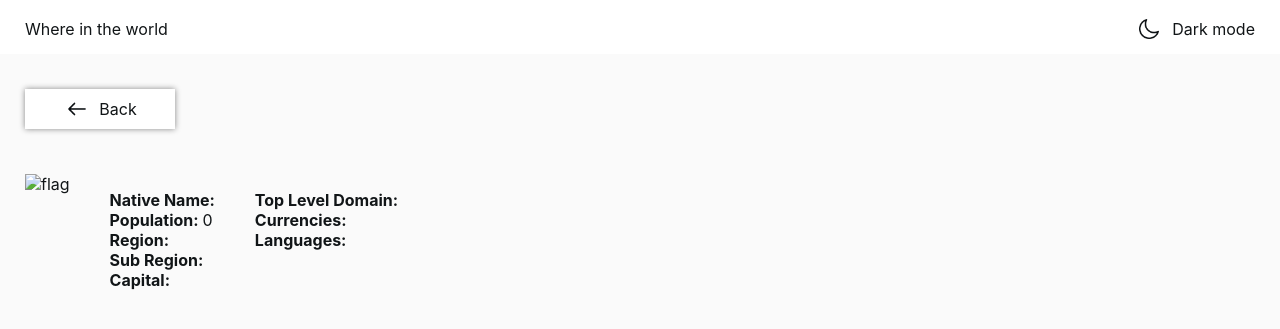
Repository: faithandjs/rest-countries-api
Page: /details
These files come from the project's save history. The page is drawn as it stood at one moment and after the next save; the edit follows.
The browser window is 1280 px wide. The pictures show the whole page.
The page's requests for data from a server got no answer. The project was rebuilt for these pictures with package versions that can differ from the ones it lists, and the page was loaded fresh each time. No one was signed in, and anything a server would have sent is missing. Also part of the build but not shown: src/components/home.tsx.

Above is the page before, as saved 2022-04-15 16:40:31.

After the next save:
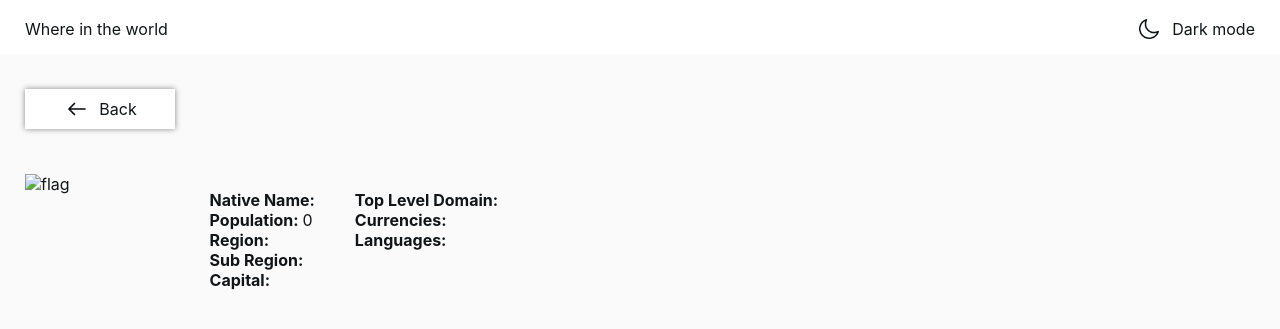
Saved 42 s later.
--- a/src/components/style/style.scss
+++ b/src/components/style/style.scss
@@ -99,6 +99,7 @@ $shadow: 0px 0px 1px 0.2px ;
         .flag{
             img{
                 width: 500px;
+                padding-right: 100px;
             }
         }
         display: flex;
